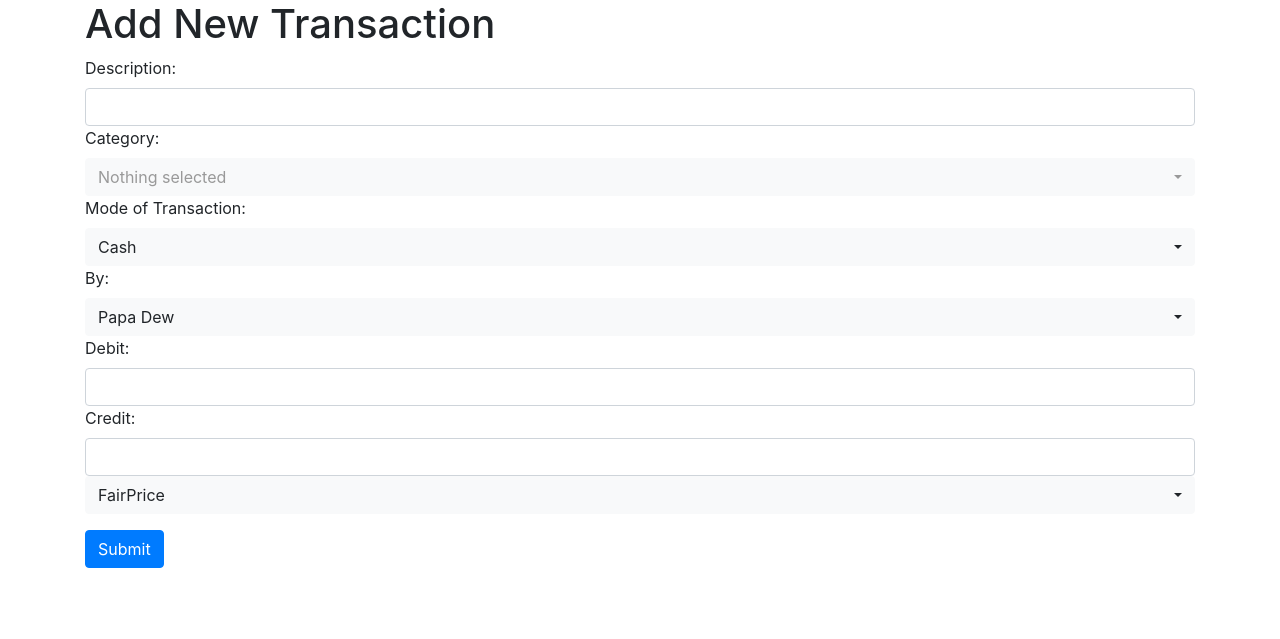
Repository: yucheng91/CI3-expenses-manager
Page: http://localhost/new-transaction/
The author's editor kept a record of every edit. The page is drawn from the files as they stood at one moment, then again after the next edit.
The browser window is 1280 px wide. The pictures show the whole page.
The page is served by the project's application, run on Flask 3 (app.py). The database holds what the project's SQL file puts in it.

Above is the page before.

### templates/new_transaction.html
<!doctype html>
<html lang="en">

<head>
  <!-- Required meta tags -->
  <meta charset="utf-8">
  <meta name="viewport" content="width=device-width, initial-scale=1, shrink-to-fit=no">

  <!-- Bootstrap CSS -->
  <link rel="stylesheet" href="https://stackpath.bootstrapcdn.com/bootstrap/4.3.1/css/bootstrap.min.css" integrity="sha384-ggOyR0iXCbMQv3Xipma34MD+dH/1fQ784/j6cY/iJTQUOhcWr7x9JvoRxT2MZw1T" crossorigin="anonymous">
  <!-- Latest compiled and minified CSS -->
  <link rel="stylesheet" href="https://cdn.jsdelivr.net/npm/bootstrap-select@1.13.10/dist/css/bootstrap-select.min.css">

  <title>Hello, world!</title>
</head>

<body>
  <div class="container">
    <h1>Add New Transaction</h1>
    <form method='post'>
      <class='form-group'>
        <label class='label'>
                      Description:
                  </label>
        <input type='text' class='form-control' name='transaction'>
        <label class='label'>
                      Category:
                  </label>
        <select name='category' class='form-control selectpicker' multiple data-live-search="true">
                          {%for d in categories %}
                          <option value='{{ d['id'] }}' {%if d['id'] == categoriesid %}selected='selected'{%endif%}>{{ d['name'] }}</option>
                               {%endfor%}
                      </select>
        <label class='label'>
                      Mode of Transaction:
                  </label>
        <select name='mode' class='form-control selectpicker' data-live-search="true">
                  {%for d in mode %}
                  <option value='{{ d['id'] }}' {%if d['id'] == modeid %}selected='selected'{%endif%}>{{ d['name'] }}</option>
                       {%endfor%}
              </select>
        <label class='label'>
                      By:
                  </label>
        <select name='by' class='form-control selectpicker' data-live-search="true">
                  {%for d in account %}
                  <option value='{{ d['id'] }}' {%if d['id'] == accountid %}selected='selected'{%endif%}>{{ d['name'] }}</option>
                       {%endfor%}
              </select>
        <label class='label'>
                      Debit:
                  </label>
        <input type='text' class='form-control' name='debit'>
        </class>
        <label class='label'>
                      Credit:
                  </label>
        <input type='text' class='form-control' name='credit'>
        </class>
        <select name='tag' class='form-control selectpicker' data-live-search="true">
                  {%for d in tag %}
                  <option value='{{ d['id'] }}' {%if d['id'] == accountid %}selected='selected'{%endif%}>{{ d['name'] }}</option>
                       {%endfor%}
              </select>
        <input type='submit' class='btn btn-primary mt-3'>
    </form>
  </div>

  <!-- Optional JavaScript -->
  <!-- jQuery first, then Popper.js, then Bootstrap JS -->
  <script src="https://code.jquery.com/jquery-3.3.1.slim.min.js" integrity="sha384-q8i/X+965DzO0rT7abK41JStQIAqVgRVzpbzo5smXKp4YfRvH+8abtTE1Pi6jizo" crossorigin="anonymous"></script>
  <script src="https://cdnjs.cloudflare.com/ajax/libs/popper.js/1.14.7/umd/popper.min.js" integrity="sha384-UO2eT0CpHqdSJQ6hJty5KVphtPhzWj9WO1clHTMGa3JDZwrnQq4sF86dIHNDz0W1" crossorigin="anonymous"></script>
  <script src="https://stackpath.bootstrapcdn.com/bootstrap/4.3.1/js/bootstrap.min.js" integrity="sha384-JjSmVgyd0p3pXB1rRibZUAYoIIy6OrQ6VrjIEaFf/nJGzIxFDsf4x0xIM+B07jRM" crossorigin="anonymous"></script>
  <!-- Latest compiled and minified JavaScript -->
  <script src="https://cdn.jsdelivr.net/npm/bootstrap-select@1.13.10/dist/js/bootstrap-select.min.js"></script>
</body>

</html>

### app.py
from flask import Flask, render_template, request, redirect, url_for
import os
import pymysql

connection = pymysql.connect(
    host='localhost', # IP address of the database; localhost means "the local machine"
    user="yucheng91",  #the mysql user
    password="coconuty", #the password for the user
    database="expenses" #the name of database we want to use
)

#if PHP doesn't show, perform $ sudo apt-get install --reinstall libapache2-mod-php7.2

app = Flask(__name__)

@app.route('/home')
def home():
    return render_template('index.html')

@app.route('/view-all')
def viewall():
    cursor = connection.cursor(pymysql.cursors.DictCursor)
    sql = "SELECT * FROM transaction JOIN categories ON transaction.categoriesid = categories.id JOIN mode ON transaction.modeid = mode.id JOIN account on transaction.accountid = account.id"
    cursor.execute(sql)
    results = []
    for r in cursor:
         results.append(r)

    sql = "SELECT SUM(debit) AS totaldebit FROM transaction"
    cursor.execute(sql)
    totaldebit = cursor.fetchone()

    sql = "SELECT SUM(credit) AS totalcredit FROM transaction"
    cursor.execute(sql)
    totalcredit = cursor.fetchone()

    sql = "SELECT (SELECT SUM(debit) AS sumdebit FROM transaction) - (SELECT SUM(credit) AS sumcredit FROM transaction) AS balance FROM transaction"
    cursor.execute(sql)
    balance = cursor.fetchone()

    return render_template('transaction_overview.html', data=results, totaldebit = totaldebit, totalcredit = totalcredit,balance=balance)

@app.route('/new-transaction/', methods=["GET"])
def addtransaction():

    cursor = connection.cursor(pymysql.cursors.DictCursor)
    sql = "SELECT * FROM mode"
    # fetch all genres and store it in a list
    cursor.execute(sql)
    mode = []
    for r in cursor:
        mode.append({
            'id' : r['id'],
            'name': r['mname']
        })

    # fetch all media type and store it in a list
    sql = "SELECT * FROM categories"
    cursor.execute(sql)
    categories = []
    for r in cursor:
        categories.append({
            'id':r['id'],
            'name': r['cname']
        })

    # fetch all media type and store it in a list
    sql = "SELECT * FROM account"
    cursor.execute(sql)
    account = []
    for r in cursor:
        account.append({
            'id':r['id'],
            'name': r['aname']
        })

    sql = "SELECT * FROM tag"
    cursor.execute(sql)
    tag = []
    for r in cursor:
        tag.append({
            'id':r['id'],
            'name': r['tname']
        })

    return render_template('new_transaction.html', mode=mode, categories=categories, account=account, tag=tag)

@app.route('/new-transaction/', methods=["POST"])
def process_addtransaction():
    transaction_name = request.form.get("transaction")
    category_name = request.form.get("category")
    mode_name = request.form.get("mode")
    by_name = request.form.get("by")
    debit_name = request.form.get("debit")
    if request.form.get("debit") == "":
        debit_name = "0"

    credit_name = request.form.get("credit")
    if request.form.get("credit") == "":
        credit_name = "0"

    cursor = connection.cursor(pymysql.cursors.DictCursor)

    sql = "INSERT INTO transaction (description,categoriesid,modeid,accountid,debit,credit) VALUE (%s,%s,%s,%s,%s,%s)"
    cursor.execute(sql,[transaction_name,category_name,mode_name,by_name,debit_name,credit_name])

    transactionid = cursor.lastrowid
    tagid = request.form.getlist("tag")
    for t in tagid:
        sql = "INSERT INTO transactiontag (transactionid,tagid) VALUE (%s,%s)"
        cursor.execute(sql,[transactionid,t])

    connection.commit()
    return redirect(url_for('viewall'))

# Edit transaction
@app.route('/view-all/edit/<id>')
def edit_transaction(id):

    cursor = connection.cursor(pymysql.cursors.DictCursor)
    sql = "SELECT * FROM transaction JOIN transactiontag ON transaction.id = transactiontag.transactionid JOIN tag ON transactiontag.tagid = tag.id WHERE transaction.id = {}".format(id)
    cursor.execute(sql)
    transaction = cursor.fetchone()

    sql = "SELECT * FROM mode"
    # fetch all genres and store it in a list
    cursor.execute(sql)
    mode = []
    for r in cursor:
        mode.append({
            'id' : r['id'],
            'name': r['mname']
        })

    sql = "SELECT * FROM categories"
    cursor.execute(sql)
    categories = []
    for r in cursor:
        categories.append({
            'id':r['id'],
            'name': r['cname']
        })

    sql = "SELECT * FROM account"
    cursor.execute(sql)
    account = []
    for r in cursor:
        account.append({
            'id':r['id'],
            'name': r['aname']
        })

    sql = "SELECT * FROM tag"
    cursor.execute(sql)
    tag = []
    for r in cursor:
        tag.append({
            'id':r['id'],
            'name': r['tname']
        })

    return render_template('edit_transaction.html', transaction = transaction, mode=mode, categories=categories, account=account, tag=tag)

@app.route('/view-all/edit/<id>', methods=['POST'])
def update_transaction(id):
    transaction_name = request.form.get("transaction")
    category_name = request.form.get("category")
    mode_name = request.form.get("mode")
    by_name = request.form.get("by")
    debit_name = request.form.get("debit")
    if request.form.get("debit") == "":
        debit_name = "0"

    credit_name = request.form.get("credit")
    if request.form.get("credit") == "":
        credit_name = "0"

    cursor = connection.cursor(pymysql.cursors.DictCursor)

    cursor.execute("UPDATE transaction SET description = '{}',categoriesid = '{}',modeid = '{}',accountid = '{}',debit = '{}',credit = '{}' WHERE id = {}".format(transaction_name,category_name,mode_name,by_name,debit_name,credit_name,id))

    connection.commit()
    return redirect(url_for('viewall'))

# "magic code" -- boilerplate
if __name__ == '__main__':
    app.run(host=os.environ.get('IP'),
            port=int(os.environ.get('PORT')),
            debug=True)

### database.sql (the tables this page reads)
CREATE TABLE `account` (
  `id` int(3) NOT NULL AUTO_INCREMENT,
  `aname` varchar(55) NOT NULL,
  `description` text NOT NULL,
  `createdAt` timestamp NOT NULL DEFAULT CURRENT_TIMESTAMP ON UPDATE CURRENT_TIMESTAMP,
  PRIMARY KEY (`id`)
) ENGINE=InnoDB AUTO_INCREMENT=4 DEFAULT CHARSET=latin1;

INSERT INTO `account` VALUES (1,'Papa Dew','Father of Dew\'s Family','2019-08-02 04:35:32'),(2,'Mama Dew','Mother of Dew\'s Family','2019-08-02 04:56:52'),(3,'Brother Dew','Brother of Dew\'s Family','2019-08-02 04:56:30');

CREATE TABLE `categories` (
  `id` int(3) NOT NULL AUTO_INCREMENT,
  `cname` varchar(55) CHARACTER SET utf8 NOT NULL,
  `description` text NOT NULL,
  `createdAt` timestamp NOT NULL DEFAULT CURRENT_TIMESTAMP ON UPDATE CURRENT_TIMESTAMP,
  PRIMARY KEY (`id`)
) ENGINE=InnoDB AUTO_INCREMENT=10 DEFAULT CHARSET=latin1;

INSERT INTO `categories` VALUES (1,'Personal','Personal private expenses','2019-08-02 04:57:58'),(2,'House','Housing expenses','2019-08-02 04:57:58'),(3,'Food','Daily food expenses','2019-08-02 05:00:07'),(4,'Transport','Transportation expenses','2019-08-02 05:00:07'),(5,'Clothing','Clothing expenses','2019-08-02 05:00:07'),(6,'Fun','Entertainment expenses (such as movie, musical, theme park)','2019-08-02 05:00:07'),(7,'Family','Family expenses','2019-08-02 05:00:07'),(8,'Misc','For everything else','2019-08-02 05:00:07'),(9,'Income','Monthly income','2019-08-02 05:00:35');

CREATE TABLE `mode` (
  `id` int(3) NOT NULL AUTO_INCREMENT,
  `mname` varchar(55) NOT NULL,
  `createdAt` timestamp NOT NULL DEFAULT CURRENT_TIMESTAMP ON UPDATE CURRENT_TIMESTAMP,
  PRIMARY KEY (`id`)
) ENGINE=InnoDB AUTO_INCREMENT=7 DEFAULT CHARSET=latin1;

INSERT INTO `mode` VALUES (1,'Cash','2019-08-02 05:02:32'),(2,'Debit Card','2019-08-02 05:02:32'),(3,'Credit Card','2019-08-02 05:02:32'),(4,'Mobile (PayNow/Paylah)','2019-08-02 05:02:32'),(5,'Bank','2019-08-05 03:29:46'),(6,'Others','2019-08-26 08:38:17');

CREATE TABLE `tag` (
  `id` int(11) NOT NULL AUTO_INCREMENT,
  `tname` varchar(30) CHARACTER SET utf8 NOT NULL,
  PRIMARY KEY (`id`)
) ENGINE=InnoDB AUTO_INCREMENT=15 DEFAULT CHARSET=latin1;

INSERT INTO `tag` VALUES (1,'FairPrice '),(2,'Sheng Siong'),(3,'Giant'),(4,'Capitaland'),(5,'Insurance'),(6,'Taxi'),(7,'Restaurant'),(8,'Phone Bill'),(9,'Utilities Bill'),(10,'Grocery'),(11,'Airfare'),(12,'Hotel'),(13,'School'),(14,'Stationary');

After the next edit:
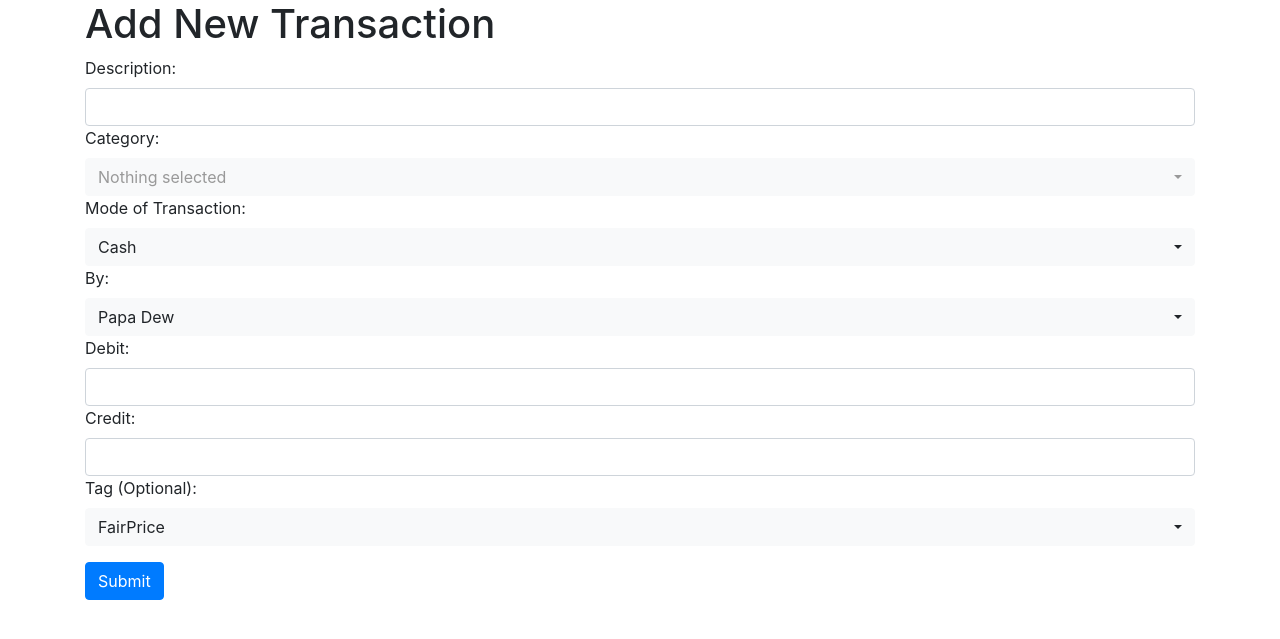
The edit:
--- a/templates/new_transaction.html
+++ b/templates/new_transaction.html
@@ -57,6 +57,9 @@
                   </label>
         <input type='text' class='form-control' name='credit'>
         </class>
+                <label class='tag'>
+                      Tag (Optional):
+                  </label>
         <select name='tag' class='form-control selectpicker' data-live-search="true">
                   {%for d in tag %}
                   <option value='{{ d['id'] }}' {%if d['id'] == accountid %}selected='selected'{%endif%}>{{ d['name'] }}</option>
